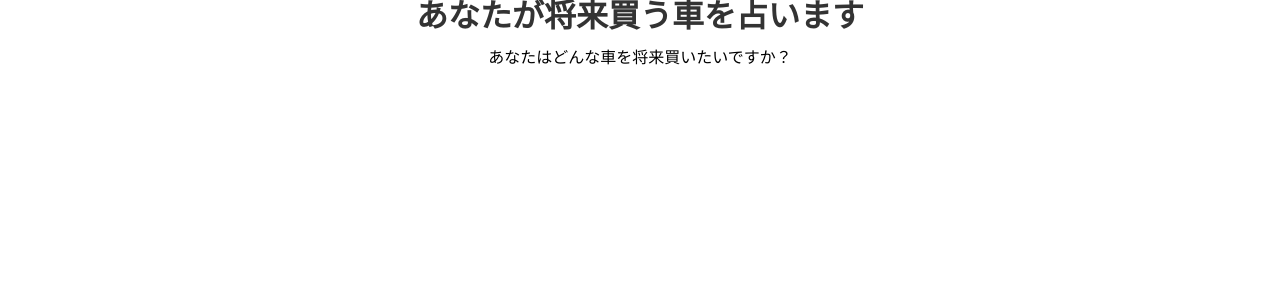
Repository: KustomApe/ksie
Page: 2021/am/index.html
These files come from the project's save history. The page is drawn as it stood at one moment and after the next save; the edit follows.
The browser window is 1280 px wide. The pictures show the whole page.

Above is the page before, as saved 2021-11-26 14:31:09.

### 2021/am/index.html
<!DOCTYPE html>
<html lang="ja">
<head>
    <meta charset="UTF-8">
    <meta http-equiv="X-UA-Compatible" content="IE=edge">
    <meta name="viewport" content="width=device-width, initial-scale=1.0">
    <title>占いサイト</title>
    <link rel="stylesheet" href="./assets/css/html5doctor.css">
    <link rel="stylesheet" href="./assets/css/style.css">
</head>
<body>
    <div id="wrapper">
        <h1 id="main_title">あなたが将来買う車を占います</h1>
        <p class="guides">あなたはどんな車を将来買いたいですか？</p>
    </div>
</body>
</html>

### 2021/am/assets/css/html5doctor.css
html, body, div, span, object, iframe,
h1, h2, h3, h4, h5, h6, p, blockquote, pre,
abbr, address, cite, code,
del, dfn, em, img, ins, kbd, q, samp,
small, strong, sub, sup, var,
b, i,
dl, dt, dd, ol, ul, li,
fieldset, form, label, legend,
table, caption, tbody, tfoot, thead, tr, th, td,
article, aside, canvas, details, figcaption, figure,
footer, header, hgroup, menu, nav, section, summary,
time, mark, audio, video {
    margin:0;
    padding:0;
    border:0;
    outline:0;
    font-size:100%;
    vertical-align:baseline;
    background:transparent;
}

body {
    line-height:1;
}

article,aside,details,figcaption,figure,
footer,header,hgroup,menu,nav,section {
    display:block;
}

nav ul {
    list-style:none;
}

blockquote, q {
    quotes:none;
}

blockquote:before, blockquote:after,
q:before, q:after {
    content:'';
    content:none;
}

a {
    margin:0;
    padding:0;
    font-size:100%;
    vertical-align:baseline;
    background:transparent;
}

/* change colours to suit your needs */
ins {
    background-color:#ff9;
    color:#000;
    text-decoration:none;
}

/* change colours to suit your needs */
mark {
    background-color:#ff9;
    color:#000;
    font-style:italic;
    font-weight:bold;
}

del {
    text-decoration: line-through;
}

abbr[title], dfn[title] {
    border-bottom:1px dotted;
    cursor:help;
}

table {
    border-collapse:collapse;
    border-spacing:0;
}

/* change border colour to suit your needs */
hr {
    display:block;
    height:1px;
    border:0;
    border-top:1px solid #cccccc;
    margin:1em 0;
    padding:0;
}

input, select {
    vertical-align:middle;
}

### 2021/am/assets/css/style.css
@charset "utf-8";

body {
    width: 100%;
    max-width: 1920px;
}

h1#main_title {
    display: block;
    width: 100%;
    height: 50px;
    color: #333;
    font-size: 2rem;
    text-align: center;
}

p.guides {
    width: 100%;
    height: 50px;
    text-align: center;
}

After the next save:
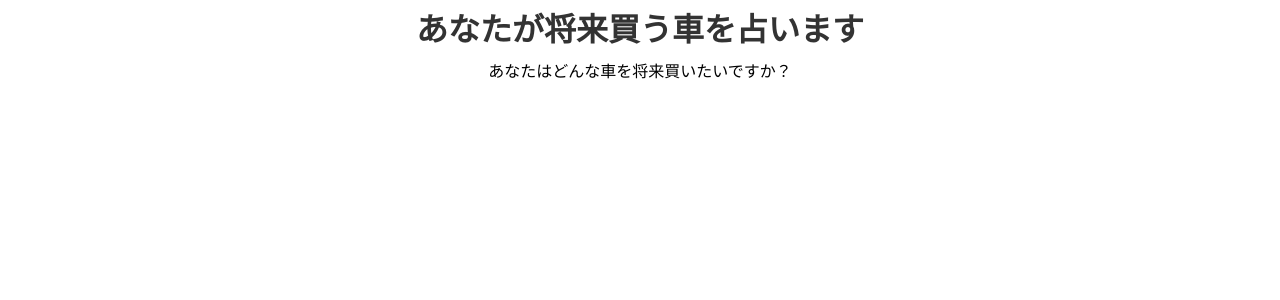
Saved 10 s later.
--- a/2021/am/assets/css/style.css
+++ b/2021/am/assets/css/style.css
@@ -12,6 +12,7 @@
     color: #333;
     font-size: 2rem;
     text-align: center;
+    margin-top: 2vh;
 }
 
 p.guides {
